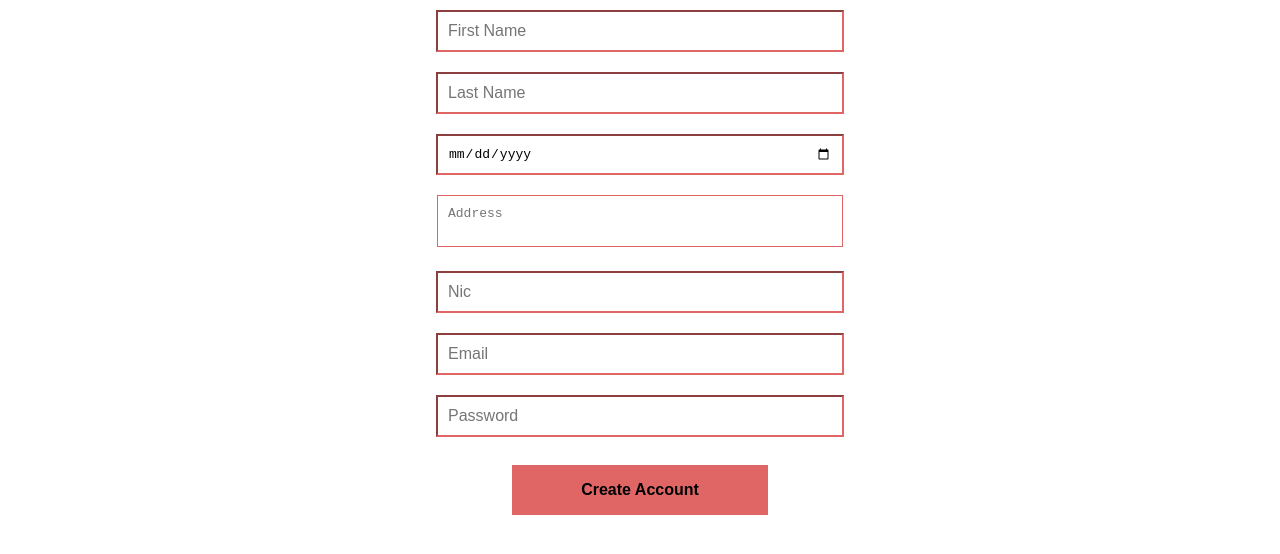
Repository: developerks611/loanweb
Page: http://localhost/loan-web/customerReg.jsp
An editor plug-in stored every save of this project. The page is shown before and after a run of saves, followed by the edit.
The browser window is 1280 px wide. The pictures show the whole page.
The page is served by Tomcat 9. Other server files are loaded and not shown.

Above is the page before, as saved 2023-03-10 11:53:23.

### loan-web/src/main/webapp/customerReg.jsp
<%@ page language="java" contentType="text/html; charset=ISO-8859-1"
    pageEncoding="ISO-8859-1" isELIgnored="false"%>
 <%@ taglib prefix = "tag" uri = "http://java.sun.com/jsp/jstl/core" %>
<!DOCTYPE html>
<html>
<head>

<style>
textarea{
	resize:none;
	font-size:100%;
}

* {
  padding: 0;
  margin: 0;
}

body {
  font-family: Arial, Tahoma, Serif;
  color: #263238;
}

nav {
  display: flex;
  justify-content:space-between;
  align-items: center;
  padding: 1rem 2rem;
  background: #e06666;
}

nav ul {
  display: flex;
  list-style: none;
}

nav li {
  padding-left: 1rem;
}

nav a {
  text-decoration: none;
  color: black;
  font-weight:bold;
}

.container {
 text-align:center;
}

.txt_input{

	width:30%;
	height:auto;
	margin:10px;
	padding:10px;
	font-size:100%;
	border-color:#e06666;
}


.createAccount{

	background-color:#e06666;
	outline: none;
    border: none;
    width:20%;
    height:50px;;
    font-size:100%;
    padding:10px;
    font-weight:bold;
}

.msg{
	color:red;

	font-weight:bold;


}
 /*
  Extra small devices (phones, 600px and down)
*/
@media only screen and (max-width: 600px) {
  nav {
    flex-direction: column;
  }
  nav ul {
    flex-direction: column;
    padding-top: 0.5rem;
  }
  nav li {
    padding: 0.5rem 0;
  }
}
</style>
<meta charset="ISO-8859-1">
<title>Customer Registration</title>
</head>

<body>

<div  class="container">
<div id="msg" class="msg"></div>
<p class="msg">${message }<p>
<form action="addData" method="post">
<input type="text" name="fname" placeholder="First Name" required class="txt_input"><br>
<input type="text" name="lname" placeholder="Last Name" required class="txt_input"><br>
<input type="date" name="dob" required class="txt_input" id="dob" onChange="ageCalculator()"><br>
<textarea placeholder="Address" required name="adress" required class="txt_input"></textarea ><br>
<input type="text" name="nic" placeholder="Nic" required class="txt_input"><br>
<input type="email" name="email" placeholder="Email" required class="txt_input"><br>
<input type="password" name="password" placeholder="Password" required class="txt_input"><br><br>
<input type="hidden" name="action" value="addClient">
<div  class="left">
<button type="submit" class="btn btn-success createAccount">Create Account</button>
</div>
</form>
</div>
<script>
function ageCalculator() {
    var userinput = document.getElementById("dob").value;
    var dob = new Date(userinput);


    //calculate month difference from current date in time
    var month_diff = Date.now() - dob.getTime();

    //convert the calculated difference in date format
    var age_dt = new Date(month_diff);

    //extract year from date
    var year = age_dt.getUTCFullYear();

    //now calculate the age of the user
    var age = Math.abs(year - 1970);

    if(age>=18){


    }
    else{

       document.getElementById("dob").value = "";
       document.getElementById("msg").innerHTML = "*** Sorry Age not enough ***";

    }

    //display the calculated age


}
</script>
</body>
</html>

After the next 2 saves:
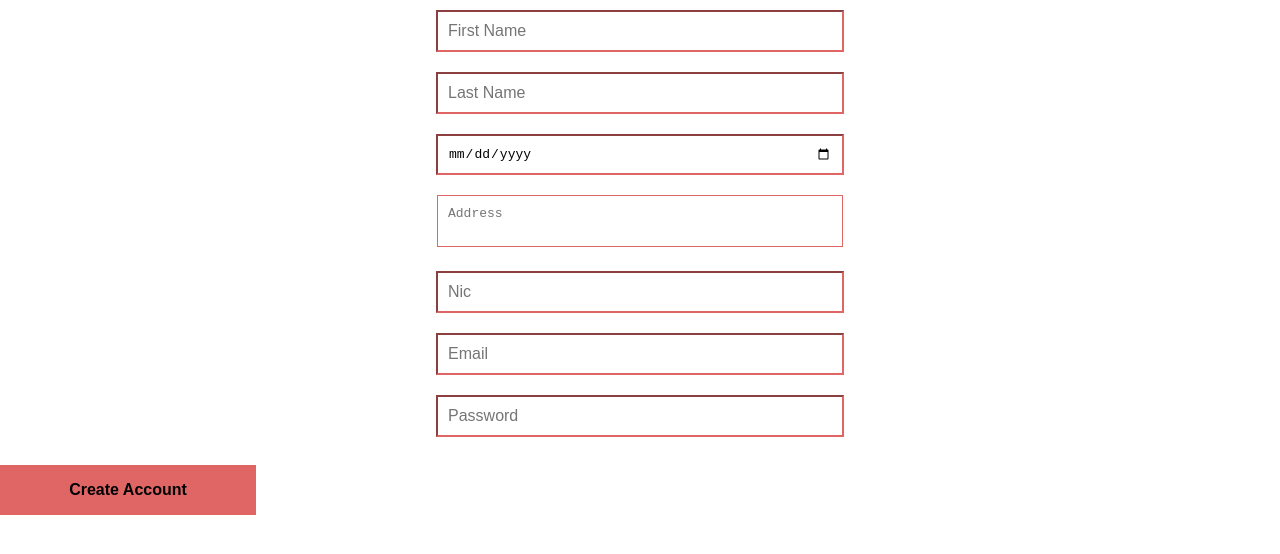
The 2 saves are shown as one change because they came seconds apart.
The last was saved 22 s later.
--- a/loan-web/src/main/webapp/customerReg.jsp
+++ b/loan-web/src/main/webapp/customerReg.jsp
@@ -112,7 +112,7 @@ nav a {
 <input type="email" name="email" placeholder="Email" required class="txt_input"><br>
 <input type="password" name="password" placeholder="Password" required class="txt_input"><br><br>
 <input type="hidden" name="action" value="addClient">
-<div  class="left">
+<div  class="left" style="text-align:left;">
 <button type="submit" class="btn btn-success createAccount">Create Account</button>
 </div>
 </form>
